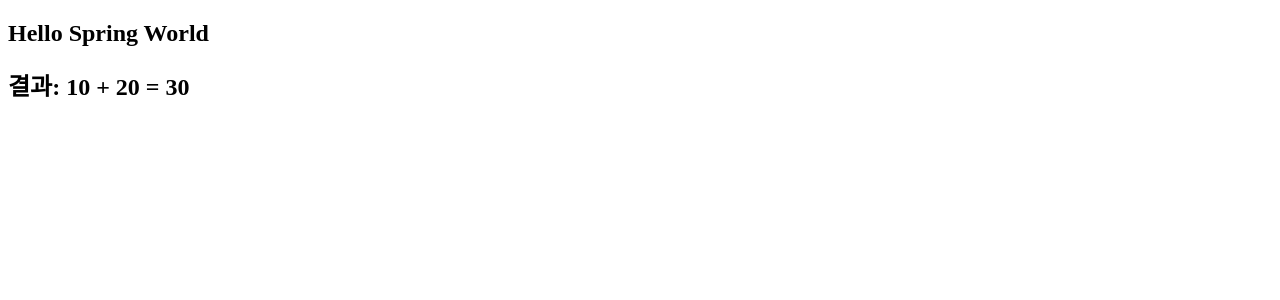
Repository: hocube/springstudy
Page: http://localhost/Spring_DI/
The author's editor kept a copy of each file at every save. The page is drawn from the files as they stood at one save, then again after the next save.
The browser window is 1280 px wide. The pictures show the whole page.
The page is served by Tomcat 9.

Above is the page before, as saved 2023-07-25 08:41:38.

After the next save:
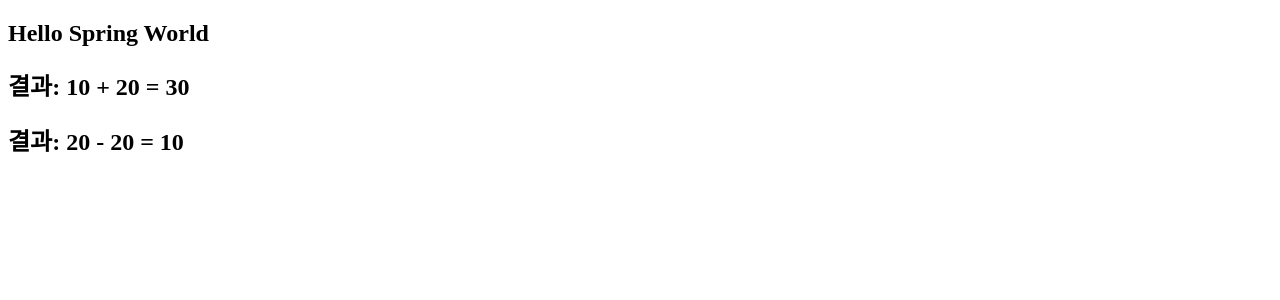
Saved 65 s later.
--- a/Spring_DI/src/main/webapp/index.jsp
+++ b/Spring_DI/src/main/webapp/index.jsp
@@ -37,11 +37,15 @@
 
 
     	// ex07
+    	// 플러스
     	MyCalc mc = (MyCalc)context.getBean("mycalc");
     	int result = mc.plus(10,20);
     	out.println("<h2> 결과: 10 + 20 = " + result + "</h2>");
 
-
+    	// 마이너스
+    	mc.minus(20, 10);
+    	int result2 = mc.getResult();
+    	out.println("<h2> 결과: 20 - 20 = " + result2 + "</h2>");
 
   	%>
 
